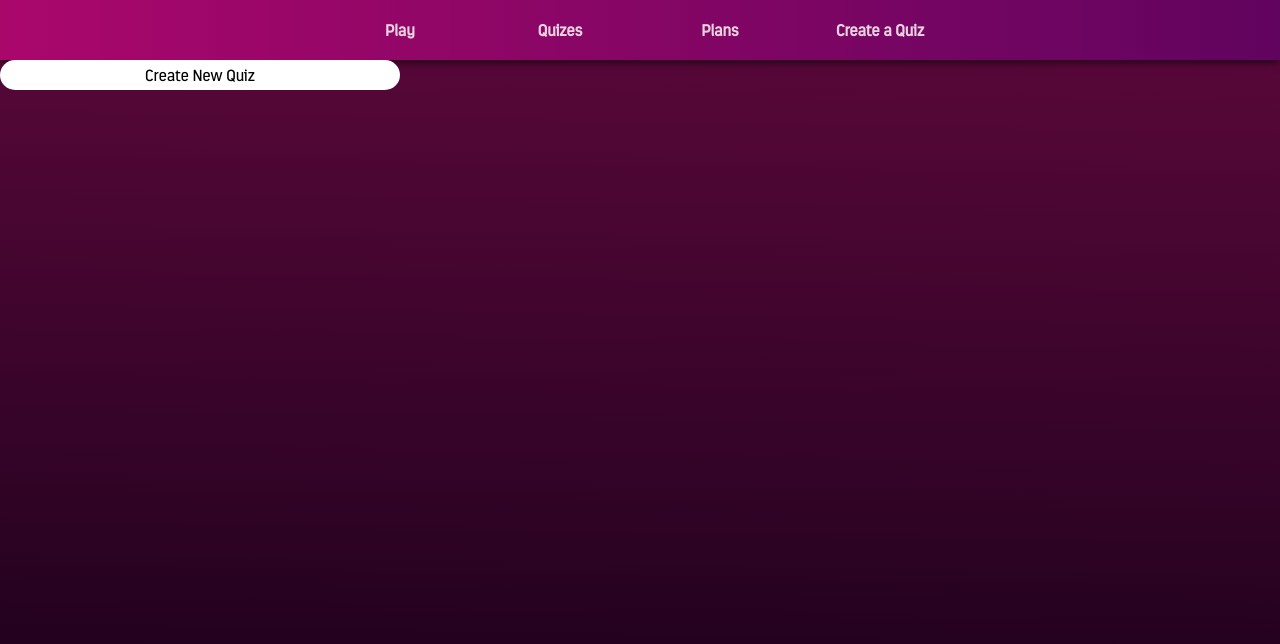
Repository: YoanDimitrov97/quiz-project
Page: /my_quiz (app in quiz_frontend/)
The author's editor kept a copy of each file at every save. The page is drawn from the files as they stood at one save, then again after the next save.
The browser window is 1280 px wide. The pictures show the whole page.
The project was rebuilt for these pictures with package versions that can differ from the ones it lists, and the page was loaded fresh each time. Also part of the build but not shown: quiz_frontend/src/components/Index/Login.vue, quiz_frontend/src/components/Index/ProfileNav.vue, quiz_frontend/src/components/CreateQuiz/NewQuizQuestion.vue, quiz_frontend/src/components/CreateQuiz.vue, quiz_frontend/src/components/Index/QuizBox.vue, quiz_frontend/src/components/Index/EnterCode.vue, quiz_frontend/src/components/Index.vue.

Above is the page before, as saved 2020-01-16 11:24:49.

After the next save:
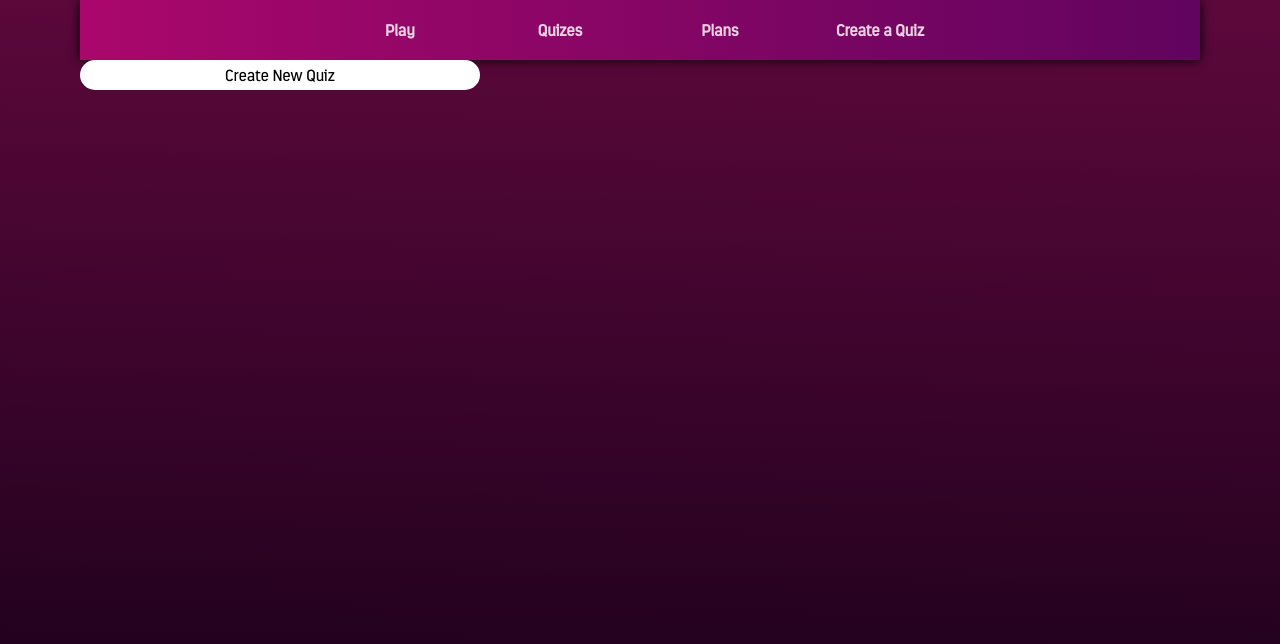
Saved 67 s later.
--- a/quiz_frontend/src/components/MyQuiz.vue
+++ b/quiz_frontend/src/components/MyQuiz.vue
@@ -17,6 +17,12 @@
 }
 </script>
 <style lang="scss">
+.myQuiz_wrapper {
+    width:70%;
+    margin:0 auto;
+    display:grid;
+    justify-content:center;
+
     .create_quiz_btn {
         width:400px;
         background:#fff;
@@ -26,4 +32,5 @@
         align-content:center;
         justify-content:center;
     }
+}
 </style>

After the 4 saves that followed:
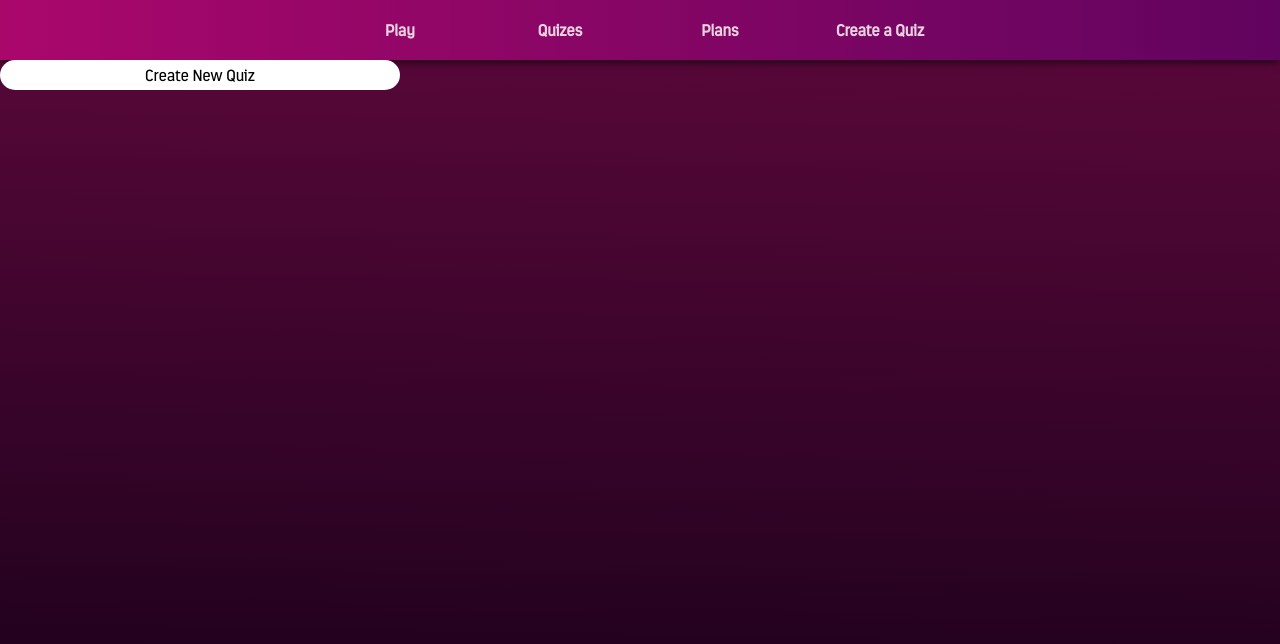
The 4 saves are shown as one change because 2 left the picture as it was and some came seconds apart.
The last was saved 27 s later.
--- a/quiz_frontend/src/components/MyQuiz.vue
+++ b/quiz_frontend/src/components/MyQuiz.vue
@@ -18,10 +18,6 @@
 </script>
 <style lang="scss">
 .myQuiz_wrapper {
-    width:70%;
-    margin:0 auto;
-    display:grid;
-    justify-content:center;
 
     .create_quiz_btn {
         width:400px;
